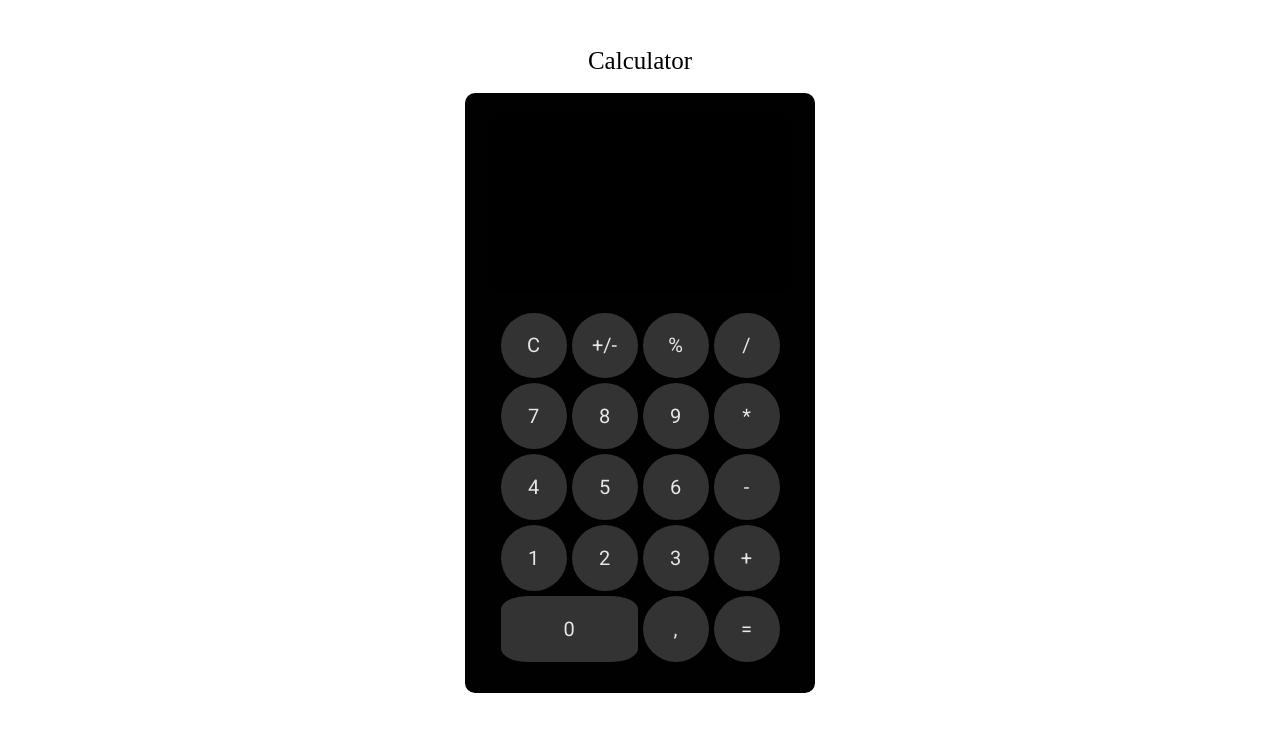
Repository: Gibon9/SimpleCalc
Page: index.html
These files come from the project's save history. The page is drawn as it stood at one moment and after the next save; the edit follows.
The browser window is 1280 px wide. The pictures show the whole page.
Some web fonts or font styles are not loaded; a fallback is used.

Above is the page before, as saved 2020-11-27 19:34:30.

After the next save:
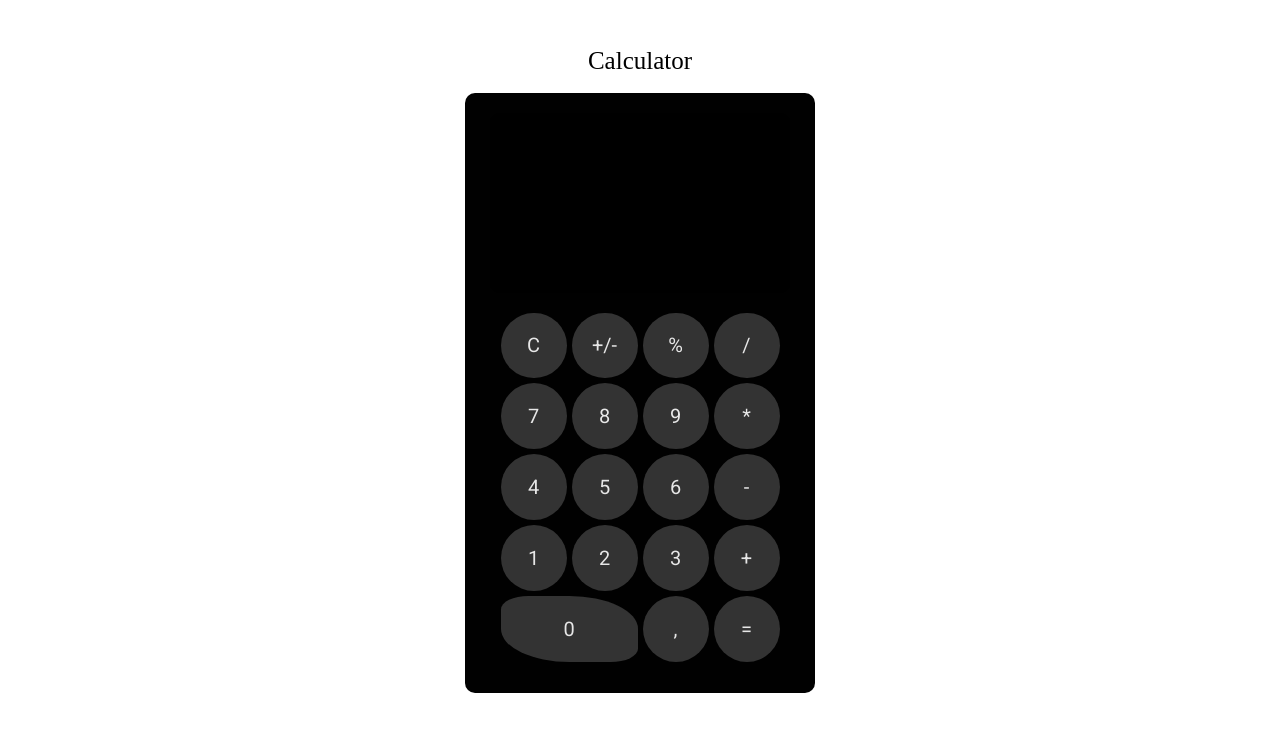
Saved 16 s later.
--- a/style/style.css
+++ b/style/style.css
@@ -148,7 +148,7 @@
 .zero-btn {
   grid-column: 2/6;
   grid-row: 9/11;
-  border-radius: 20%;
+  border-radius: 20% 50%;
 }
 
 .coma-btn {
